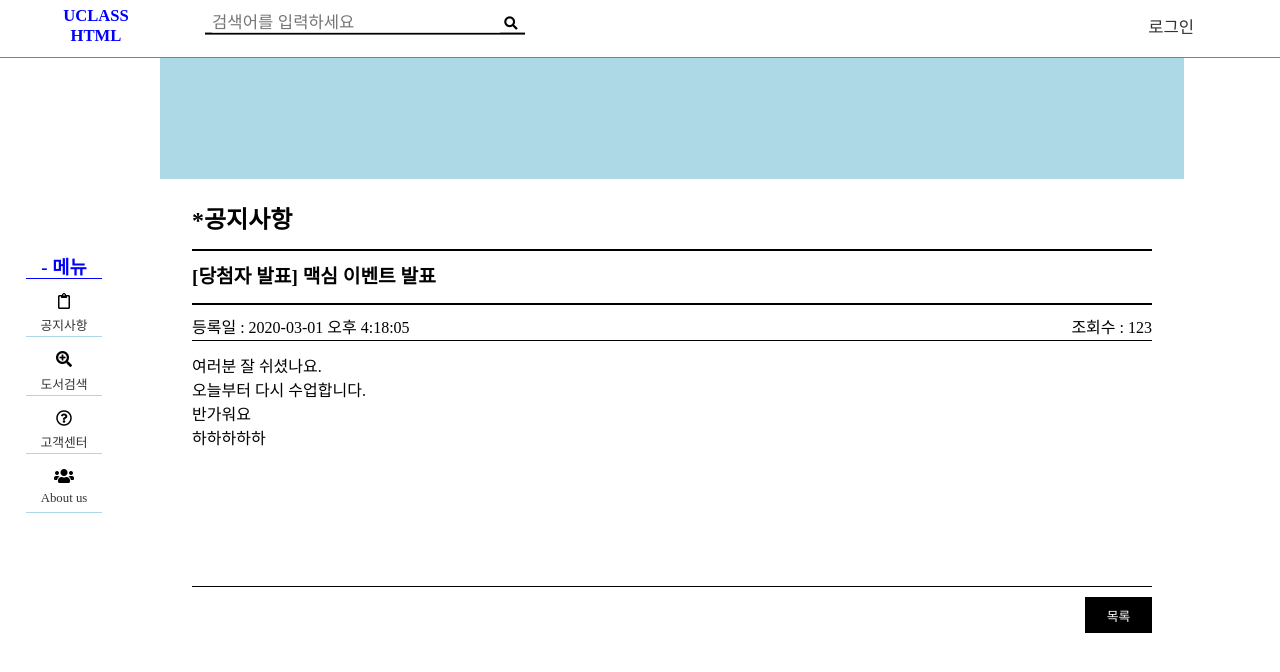
Repository: madhandz5/MyJavaPractice
Page: http://localhost/servletBM/WEB-INF/views/board/boardView.jsp
The author's editor kept a copy of each file at every save. The page is drawn from the files as they stood at one save, then again after a run of saves.
The browser window is 1280 px wide. The pictures show the whole page.
The page is served by Tomcat 9. Nobody is signed in. Other server files are loaded and not shown. The template is opened directly, without the code that normally fills it, so the values that code supplies are empty.

Above is the page before, as saved 2020-04-22 12:43:58.

### JS_HTML/servletBM/WebContent/WEB-INF/views/board/boardView.jsp
<%@ page language="java" contentType="text/html; charset=UTF-8"
	pageEncoding="UTF-8"%>
<%@ taglib prefix="c" uri="http://java.sun.com/jsp/jstl/core"%>

<!DOCTYPE html>
<html>
<head>
<meta charset="UTF-8">
<link rel="stylesheet" href="resources/css/common.css" />
<link rel="stylesheet" href="resources/css/icon/all.css" />
<link rel="stylesheet" media="screen and (min-width: 1100px)"
	href="resources/css/Web.css" />
<title>Document</title>
<%@ include file="../include/header.jsp"%>
</head>
<body>
	<%@include file="../include/top.jsp"%>
	<%@include file="../include/floatDiv.jsp"%>
	<div class="content">
		<div class="topWrapper">
			<div class="top">
				<div class="topLogo">
					<b>UCLASS <br>HTML
					</b>
				</div>
				<div class="topSearchBar">
					<input Type="text" placeholder="검색어를 입력하세요">
					<button value="" class="">
						<i class="fas fa-search" style="color: black"></i>
					</button>
				</div>
				<div class="topLogin">
					<a href="login.html">로그인</a>
				</div>
			</div>
		</div>
		<div class="floatdiv">
			<div class="Menu">
				<div class="MenuBox"></div>
			</div>
			<div class="notice">
				<h2>
					<span>*공지사항</span>
				</h2>
			</div>

			<div class="notice-detail">
				<div class="notice-title">
					<h4 class="reset">[당첨자 발표] 맥심 이벤트 발표</h4>
				</div>
				<div class="info">
					<span>등록일 : 2020-03-01 오후 4:18:05</span> <span class="more">
						조회수 : 123 </span>
				</div>
				<div class="text">
					여러분 잘 쉬셨나요.<br /> 오늘부터 다시 수업합니다.<br /> 반가워요 <br /> 하하하하하<br />
				</div>
				<div class="section-button">
					<a href="#!"><span>목록</span></a>
				</div>
			</div>


		</div>
</body>
</html>

### JS_HTML/servletBM/WebContent/WEB-INF/views/include/header.jsp
<%@ page language="java" contentType="text/html; charset=UTF-8"
	pageEncoding="UTF-8"%>
<%@ taglib prefix="c" uri="http://java.sun.com/jsp/jstl/core"%>

<!DOCTYPE html PUBLIC "-//W3C//DTD HTML 4.01 Transitional//EN" "http://www.w3.org/TR/html4/loose.dtd">
<html>
<head>
<meta charset="UTF-8">
<!--viewport: 모바일브라우저에서 사용하는 가상의 window
  	데스크탑의 사이트를 모바일에 표시하려고 하면 좁은 모바일 화면에 사이트를 표시하려다 보니
  	요소들의 크기가 작아져 사용자가 사용하기 불편해진다. 확대해서 보든가 해야함...
  	이때 viewport메타태그를 이용하면 너비나 배율을 조정할 수 있다.
  	width: 넓이
  	initial-scale : 배율
  	웹환경에서는 무시되는 태그이다.
    -->
<meta name="viewport" content="width=device-width, initial-scale=2.0">
<link rel="stylesheet" href="/servletBM/resources/css/common.css" />
<!--
		orientation:portrait //단말기 세로방향
		orientation:landscape //단말기 가로방향

		min-aspect-ratio : 최소 화면 비율
		max-aspect-ratio : 최대 화면 비율

		브라우저화면상에서는 깨져서 나옴 ㅠㅠ 하지마셈
	 -->
<link rel="stylesheet" media="screen and (min-aspect-ratio:4/3) "
	href="/servletBM/resources/css/web.css" />
<link rel="stylesheet" media="screen and (max-aspect-ratio:4/3)"
	href="/servletBM/resources/css/Mob.css" />
<link rel="stylesheet" href="/servletBM/resources/css/icon/all.css" />

### JS_HTML/servletBM/WebContent/WEB-INF/views/include/top.jsp
<%@ page language="java" contentType="text/html; charset=UTF-8"
	pageEncoding="UTF-8"%>
<%@ taglib prefix="c" uri="http://java.sun.com/jsp/jstl/core"%>

<!DOCTYPE html PUBLIC "-//W3C//DTD HTML 4.01 Transitional//EN" "http://www.w3.org/TR/html4/loose.dtd">
<html>
<head>
<meta http-equiv="Content-Type" content="text/html; charset=UTF-8">
<title>Insert title here</title>
</head>
<body>
	<header class="topWrapper">
	<div class="top">
		<div class="topLogo">
			<b>UCLASS <br>HTML
			</b>
		</div>

		<div class="topSearchBar">
			<form action="<%=request.getContextPath()%>/book/booksearch.do">
				<input Type="text" name="searchBook" placeholder="검색어를 입력하세요">
				<button value="" class="">
					<i class="fas fa-search" style="color: black"></i>
				</button>
			</form>
		</div>

		<c:if test="${sessionScope.loginInfo == null }">
			<div class="topLogin">
				<a href="/servletBM/member/login.do">로그인</a> / <a
					href="/servletBM/member/join.do">회원가입</a>
			</div>
		</c:if>
		<c:if test="${sessionScope.loginInfo != null }">
			<div class="topLogin">
				<a href="/servletBM/mypage/mypage.do">${sessionScope.loginInfo.m_id }님
					환영합니다. MyPage</a> / <a href="/servletBM/member/logoutimple.do">Logout</a>
			</div>
		</c:if>
	</div>
	</header>
</body>
</html>

### JS_HTML/servletBM/WebContent/WEB-INF/views/include/floatDiv.jsp
<%@ page language="java" contentType="text/html; charset=UTF-8"
	pageEncoding="UTF-8"%>
<%@ taglib prefix="c" uri="http://java.sun.com/jsp/jstl/core"%>

<!DOCTYPE html PUBLIC "-//W3C//DTD HTML 4.01 Transitional//EN" "http://www.w3.org/TR/html4/loose.dtd">
<html>
<head>
<meta http-equiv="Content-Type" content="text/html; charset=UTF-8">
<title>Insert title here</title>
</head>
<body>
	<aside class="floatdivWrapper">
	<div class="floatdiv">
		<!-- lnb -->
		<h3 class="subject">
			<span> - 메뉴</span>
		</h3>
		<ul class="fdlist">
			<!-- d1 -->
			<li class="d1"><i class="far fa-clipboard"></i> <a
				href="/servletBM/notice/noticelist.do"><span>공지사항</span></a></li>
			<li class="d1"><i class="fas fa-search-plus"></i> <a href="#!"><span>도서검색</span></a>
			</li>
			<li class="d1"><i class="far fa-question-circle"></i> <a
				href="#!"><span>고객센터</span></a></li>
			<li class="d1"><i class="fas fa-users"></i> <a href="#!"><span>About
						us</span></a></li>
		</ul>
		<!-- // d1 -->
	</div>
	</aside>

### JS_HTML/servletBM/WebContent/resources/css/common.css
	html,body{
		margin:0%;
		padding:0;
		height:100%;
	}

	h1, h2, h3, h4, h5, h6, dl, dt, dd, ul, li, ol, th, td, p, blockquote,form,fieldset, legend, input
	{
   		margin: 0;
    	padding: 0;
		border:none;
	}


	/* reset */
	body,div,dl,dt,dd,ul,ol,li,h1,h2,h3,h4,h5,h6,pre,code,form,fieldset
	,legend,textarea,p,blockquote,th,td,input,select,textarea,button,nav,section,footer,aside
	{margin:0;padding:0; position:relative;}
	fieldset,img {border:0 none}
	dl,ul,ol,menu,li {list-style:none}
	blockquote, q {quotes: none}
	blockquote:before, blockquote:after,q:before, q:after {content:'';content:none}
	input,select,textarea,button {vertical-align:middle}
	button {border:0 none;background-color:transparent;cursor:pointer; outline: 0; }
	a {color:#333;text-decoration:none;}
	a:active, a:hover {text-decoration:none;}
	address,caption,cite,code,dfn,em,var {font-style:normal;font-weight:normal}

	form{width:100%; height:100%;}

	div{
		color: black;
		text-align: center;
		box-sizing: border-box;
	/* 	box-shadow:
			1px 0 0 0 grey,
			0 1px 0 0 grey,
			1px 1px 0 0 grey,
			1px 0 0 0 grey inset,
			0 1px 0 0 grey inset;	  */
	}

	.topWrapper{
		top:0%;
		height:8%;
		width:100%;
		position:fixed;
		z-index:999;
	}

	.top{
		position:absolute;
		top:0%;
		width:100%;
		height: 100%;
		overflow: hidden;
		z-index:1;
		background-color: white;
		font-size:1.3vw;
		margin-right: 1%;
		border-bottom:1px solid grey;
	}

	.top .topLogo{
		top:10%;
		width: 15%;
		height:100%;
		float:left;
		color:blue;
	}

	.top .topSearchBar{
		width: 25%;
		float:left;
		transform: translateY(50%);
		margin-left:1%;
		border-bottom:2px solid;
		min-width:100px;
	}

	.topSearchBar input[type=text]{
		width: 90%;
		height:90%;
		font-size:1.3vw;
	}

	.top .topLogin{
		float: right;
		width: 15%;
		height:50%;
		margin-right:1%;
		transform: translateY(50%);
	}

	.top .topLogOut{
		float: right;
		width: 22%;
		height:50%;
		margin-right:1%;
		transform: translateY(50%);
	}

### JS_HTML/servletBM/WebContent/resources/css/web.css
	.content{
		height:100%;
		width:100%;
	}

	.floatdivWrapper{
		position:fixed;
		width:6%;
		padding-top:20%;
		left:2%; /* 창에서 오른쪽 길이 */
		top:35%; /* 창에서 위에서 부터의 길이 */
		z-index:999;

	}

	.floatdiv{
		position:absolute;
		width:100%;
		height:100%;
		background-color:white;
		top:0%;
	}

	.floatdiv h3{
		width:100%;
		height:10%;
		color:blue;
		border-bottom:1px solid blue;
	}

	.floatdiv ul{
		width:100%;
		height:90%;
		padding:0%;
	}

	.floatdiv .d1{
		width:100%;
		height:25%;
		border-bottom:1px solid lightblue;
	}

	.d1 i{
		display:block;
		transform:translateY(40%);
		height:60%;
	}

	.d1 a{
		display:block;
		transform:translateY(10%);
		height:30%;
		font-size:1vw;

	}

	.floatdiv li:hover {
		background-color:lightblue;
	}

	.middle{
		width : 100%;
		top:8%;
		padding-top:40%;
		background-image : url('../image/mainBanner.jpg');
		background-repeat: no-repeat;
		background-size: cover;
	}

	.siteTitleWrapper{
		position:absolute;
		width:60%;
		padding-top:25%;
		float:left;
		left: 20%;
		top:20%;
	}

	.sitetitle{
		height:30%;
		font-size : 5vw;
		transform: translateY(100%);
	}

	.siteTitle{
		position:absolute;
		width:100%;
		height:100%;
		background-color: rgba( 255, 255, 255, 0.5);
		float:left;
		top:0%;
	}

	.search{
		width:100%;
		height:12%;
		transform: translateY(300%);
		background-color:white ;
		overflow:hidden;
	}

	.search input[type=text]{
		float:left;
		height:100%;
		width: 70%;
		font-size:1.5vw;
		margin-left:1%;
		padding:0;

	}

	.searchButton{
		float:left;
		width:20%;
		height:100%;
		font-size:1.5vw;
		background-color:red;
		color:white;
	}

	.searchButton p{
		height:50%;
		transform: translateY(50%);
		font-weight: bold;
	}

	.searchIcon{
		float:left;
		width:5%;
		height:50%;
		transform: translateY(40%);
		font-size:2vw;
		outline: 0;
	}

	.searchIcon i{
		height:50%;
	}

	.planShop{
		position:realtive;
		color: white;
		width: 80%;
		padding-bottom:15%;
		margin:0 auto;
	}

	.planShopMenu{
		position:absolute;
		background-color:lightblue;
		width:100%;
		height:100%;
	}

	.planShopMenu div{
		width: 20%;
		margin-left:2%;
		height: 100%;
		display:inline-block;
		font-size:1.5vw;
	}

	.planShopMenu i{
		font-size:8vw;
		margin-top:15%;
	}

	.product{
		height:auto;
		width:80%;
		top:1%;
		margin:0 auto;
	}

	.productWrapper{
		width:100%;
		padding-top:120%;
	}

	.productBox{
		position:absolute;
		height:100%;
		width:100%;
		top: 0;
		left: 0;
	}

	.issueTitle{
		width : 100%;
		height : 4%;
		background-color:blue;
		font-size:2vw;
		font-weight:bold;
		color:white;
	}

	.productLine{
		overflow: hidden;
		height:19%;
		margin-top:1%;
		margin-bottom:1%;
	}
	.productItem{
		float:left;
		width:17%;
		left:10%;
		height:100%;
		margin-left:3%;
	}

	.bookImg{
		height:80%;
		width:100%;
	}

	.bookImg img{
		max-width:100%;
		min-width:100%;
		max-height:100%;
		min-height:100%;
		box-shadow: 2px 2px 5px black;
	}

	.bookTitle{
		margin-top:4%;
		font-size:1vw;
		font-weight:bold;
		height:20%;
	}

	.bottom{
		background-color: lightgrey;
		color: white;
		height:20%;
	}


	/* Login */

	.wrap{

		width:100%;
		height:100%;
		background-image:url('../image/loginCover.jpg');
		background-size:cover;
	}

	.memberBox{

		padding-top:30%;
		width:30%;
		left:35%;
		top:50%;
		transform:translateY(-50%);
	}

	.login{
		position:absolute;
		top:0%;
		width:100%;
		height:100%;
		font-size:2vw;
		background-color:white;
		border:2px white;
		border-radius:20px;
	}

	.loginText{
	    border-bottom: 2px solid lightgreen;
	    width:70%;
	    margin-bottom:5%;
	    font-size:1.5vw;
	}

	.login p{
		font-weight:bold;
		margin-top:10%;
		margin-bottom:5%;

	}

	.login .btn{

		display:block;
		width:60%;
		height:10%;
		background-color:red;
		border:2px red;
		border-radius:6px;
		transform: translateX(33%);
	}

	.login .checkMsg{

		display:block;
		background-color:red;
		font-size:1vw;
		color:white;

	}

	.login button{
		color:white;
		font-size:1.5vw;
		top:0%;
		left:0%;
	}

	/* board  */

	.Menu{

		overflow: hidden;
		color: white;
		width: 100%;
		padding-bottom:10%;
		margin-top:4%;
	}

	.MenuBox{
		position:absolute;
		background-color:lightblue;
		width:80%;
		height:100%;
		left:12.5%;
	}

	.notice{

		text-align: left;
		width:75%;
		height:10%;
		left:15%;
		border-bottom:2px solid;
	}

	.notice h2{

		top:50%;
		transform:translateY(-50%);
		height:40%;
	}

	.search-box{

		width:75%;
		left:15%;
		height:60%;
	}

	.noticelist{
		width:100%;
		height:90%;
	}

	.noticelist th{
		 font-size: 1.5vw;
		 background-color: grey;
		 color:white;
	}

	.noticelist td{
		  border-bottom: 1px solid lightgrey;
	}

	.paging{
		height:10%;
		font-size:1.5vw;
	}

	.notice-detail{

		text-align: left;
		width:75%;
		height:50%;
		left:15%;
	}

	.notice-title{
		width:100%;
		height:15%;

		text-align: left;
		font-size:1.5vw;
		padding:1% 0 1% 0;
		border-bottom:2px solid;
	}

	.info{
		width:100%;
		height:10%;

		float:left;
		text-align: left;
		border-bottom:1px solid;
	}

	.info span{
		width:50%;
		height:50%;

		float:left;
		transform:translateY(50%);
	}

	.more{
		width:50%;
		height:10%;

		float:right;
		text-align: right;
	}

	.text{
		text-align: left;
		height:65%;
		width:100%;
		margin-top:5%;
		border-bottom:1px solid;
	}

	.section-button{
		margin-top:1%;
		width:7%;
		height:10%;
		float:right;
		background-color:black;
	}

	.section-button a{
		display:block;
		width:100%;
		height:50%;
		transform:translateY(50%);
		font-size:1vw;
		font-weight:border;
		color:white;
	}

	.bookUse{
		overflow:hidden;
		width:90%;
		left:3%;
		transform:translateY(-600%);
		position:absolute;
		display:none;
	}

	.bookUse div{
		float:left;
		width:50%;
	}

	.bookUse div a{
		font-size:1.5vw;
		color:white;
	    font-weight: bolder;
	    background-color:black;
	}

	.bdWrapper{
		overflow:hidden;
		width:70%;
		left:30%;
	}


	.bookimg{
		float:left;
		width:30%;
	}

	.bookinfo{
		float:left;
		width:70%;
	}

### JS_HTML/servletBM/WebContent/resources/css/Mob.css
	.content{
		height:100%;
		width:100%;
	}

	.floatdiv{
		position:fixed;
		display:none;
		width:6%;
		height:40%;
		left:2%; /* 창에서 오른쪽 길이 */
		top:45%; /* 창에서 위에서 부터의 길이 */
		background-color:green;
	}

	.middle{
		background-color: lightgrey;
		color: white;
		width : 100%;
		padding-top:40%;
		background-image : url('../image/loginCover.jpg');
		background-repeat: no-repeat;
		background-size: cover;
	}

	.siteTitleWrapper{
		position:absolute;
		width:60%;
		padding-top:25%;
		float:left;
		left: 20%;
		top:20%;
	}


	.sitetitle{
		height:30%;
		font-size : 5vw;
		transform: translateY(100%);
	}

	.siteTitle{
		position:absolute;
		width:100%;
		height:100%;
		background-color: rgba( 255, 255, 255, 0.5);
		float:left;
		top:0%;
	}

	.search{
		width:100%;
		height:12%;
		transform: translateY(300%);
		background-color:white ;
		border-bottom:2px solid;

	}

	.search input[type=text]{
		height:100%;
		width: 70%;
		font-size:1.5vw;
		margin-left:1%;
		padding:0;
		float:left;
	}

	.searchButton{
		width:20%;
		height:100%;
		font-size:1.5vw;
		background-color:red;
		color:white;
		float:left;
		overflow:hidden;
	}

	.searchButton p{
		height:50%;
		transform: translateY(50%);
		font-weight: bold;
	}

	.searchIcon{
		float:left;
		width:5%;
		height:50%;
		transform: translateY(40%);
		font-size:2vw;
		outline: 0;
	}

	.searchIcon i{
		height:50%;
	}

	.planShop{
		overflow: hidden;
		color: white;
		width: 80%;
		padding-bottom:15%;
		margin:0 auto;
		transform: translateY(-20%);
	}

	.planShopMenu{
		position:absolute;
		background-color:lightblue;
		width:100%;
		height:100%;
	}

	.planShopMenu div{
		width: 20%;
		margin-left:2%;
		height: 100%;
		display:inline-block;
		overflow:hidden;
		font-size:1.5vw;
	}

	.planShopMenu i{
		font-size:8vw;
		margin-top:15%;
	}


	.product{
		height:auto;
		width:80%;
		margin:0 auto;
	}

	.productWrapper{
		width:100%;
		padding-top:430%;
	}

	.productBox{
		position:absolute;
		height:100%;
		width:100%;
		top: 0;
		left: 0;
	}

	.issueTitle{
		width : 100%;
		margin-top:1%;
		height : 1%;
		background-color:blue;
		font-size:2vw;
		font-weight:bold;
		color:white;
	}

	.productLine{
		overflow: hidden;
		height:23%;
		margin-top:1%;
		margin-bottom:1%;
	}

	.productItem{
		float:left;
		width:38%;
		left:9%;
		height:50%;
		margin-left:2%;
	}

	.bookImg{
		height:80%;
		width:100%;
	}

	.bookImg img{
		max-width:100%;
		min-width:100%;
		max-height:100%;
		min-height:100%;
		box-shadow: 2px 2px 5px black;
	}

	.bookTitle{
		margin-top:4%;
		font-size:1vw;
		font-weight:bold;
		height:20%;
	}

	.bottom{
		background-color: lightgrey;
		color: white;
		height:20%;
	}

	.bookUse{
		overflow:hidden;
		width:90%;
		left:3%;
		transform:translateY(-600%);
		position:absolute;
		display:none;
	}

	.bookUse div{
		float:left;
		width:50%;
	}

	.bookUse div a{
		font-size:1.5vw;
		color:white;
	    font-weight: bolder;
	    background-color:black;
	}

	.bdWrapper{
		overflow:hidden;
		width:70%;
		left:30%;
	}


	.bookimg{
		float:left;
		width:30%;
	}

	.bookinfo{
		float:left;
		width:70%;
	}

Loaded but not shown: JS_HTML/servletBM/WebContent/resources/css/icon/all.css (library)

After the next 2 saves:
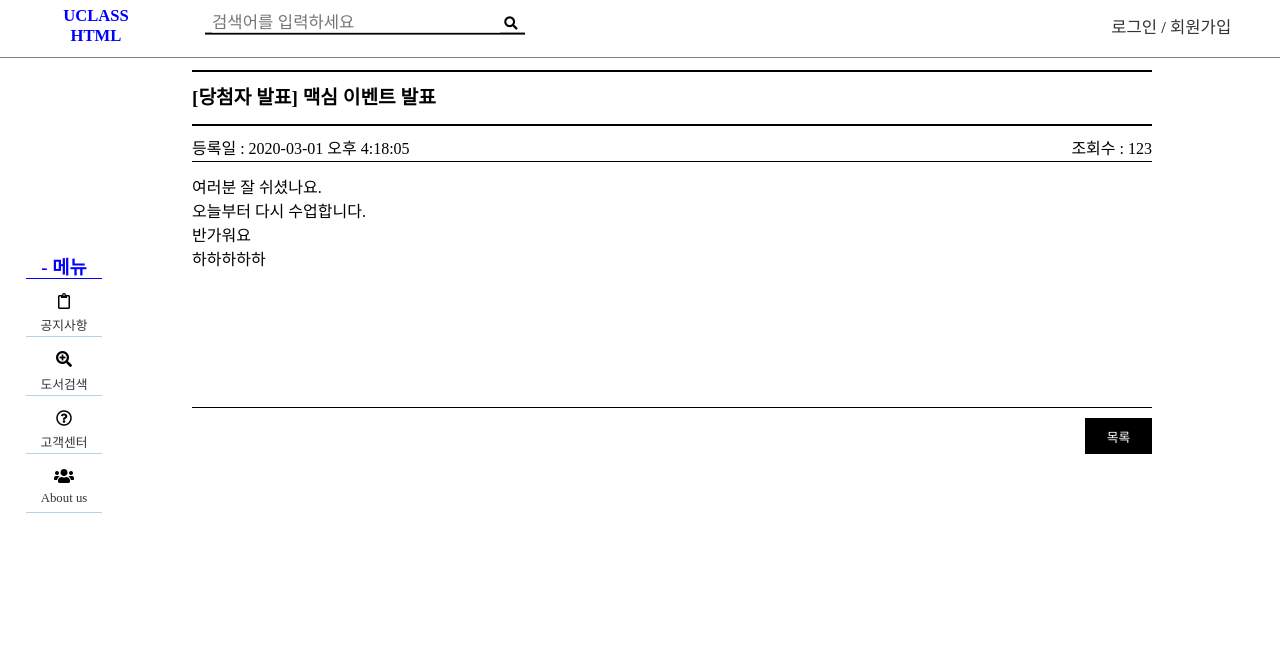
The 2 saves are shown as one change because they came seconds apart.
The last was saved 49 s later.
--- a/JS_HTML/servletBM/WebContent/WEB-INF/views/board/boardView.jsp
+++ b/JS_HTML/servletBM/WebContent/WEB-INF/views/board/boardView.jsp
@@ -17,50 +17,26 @@
 	<%@include file="../include/top.jsp"%>
 	<%@include file="../include/floatDiv.jsp"%>
 	<div class="content">
-		<div class="topWrapper">
-			<div class="top">
-				<div class="topLogo">
-					<b>UCLASS <br>HTML
-					</b>
-				</div>
-				<div class="topSearchBar">
-					<input Type="text" placeholder="검색어를 입력하세요">
-					<button value="" class="">
-						<i class="fas fa-search" style="color: black"></i>
-					</button>
-				</div>
-				<div class="topLogin">
-					<a href="login.html">로그인</a>
-				</div>
+		<div class="notice">
+			<h2>
+				<span>*공지사항</span>
+			</h2>
+		</div>
+
+		<div class="notice-detail">
+			<div class="notice-title">
+				<h4 class="reset">[당첨자 발표] 맥심 이벤트 발표</h4>
 			</div>
-		</div>
-		<div class="floatdiv">
-			<div class="Menu">
-				<div class="MenuBox"></div>
+			<div class="info">
+				<span>등록일 : 2020-03-01 오후 4:18:05</span> <span class="more">
+					조회수 : 123 </span>
 			</div>
-			<div class="notice">
-				<h2>
-					<span>*공지사항</span>
-				</h2>
+			<div class="text">
+				여러분 잘 쉬셨나요.<br /> 오늘부터 다시 수업합니다.<br /> 반가워요 <br /> 하하하하하<br />
 			</div>
-
-			<div class="notice-detail">
-				<div class="notice-title">
-					<h4 class="reset">[당첨자 발표] 맥심 이벤트 발표</h4>
-				</div>
-				<div class="info">
-					<span>등록일 : 2020-03-01 오후 4:18:05</span> <span class="more">
-						조회수 : 123 </span>
-				</div>
-				<div class="text">
-					여러분 잘 쉬셨나요.<br /> 오늘부터 다시 수업합니다.<br /> 반가워요 <br /> 하하하하하<br />
-				</div>
-				<div class="section-button">
-					<a href="#!"><span>목록</span></a>
-				</div>
+			<div class="section-button">
+				<a href="#!"><span>목록</span></a>
 			</div>
-
-
 		</div>
 </body>
 </html>
